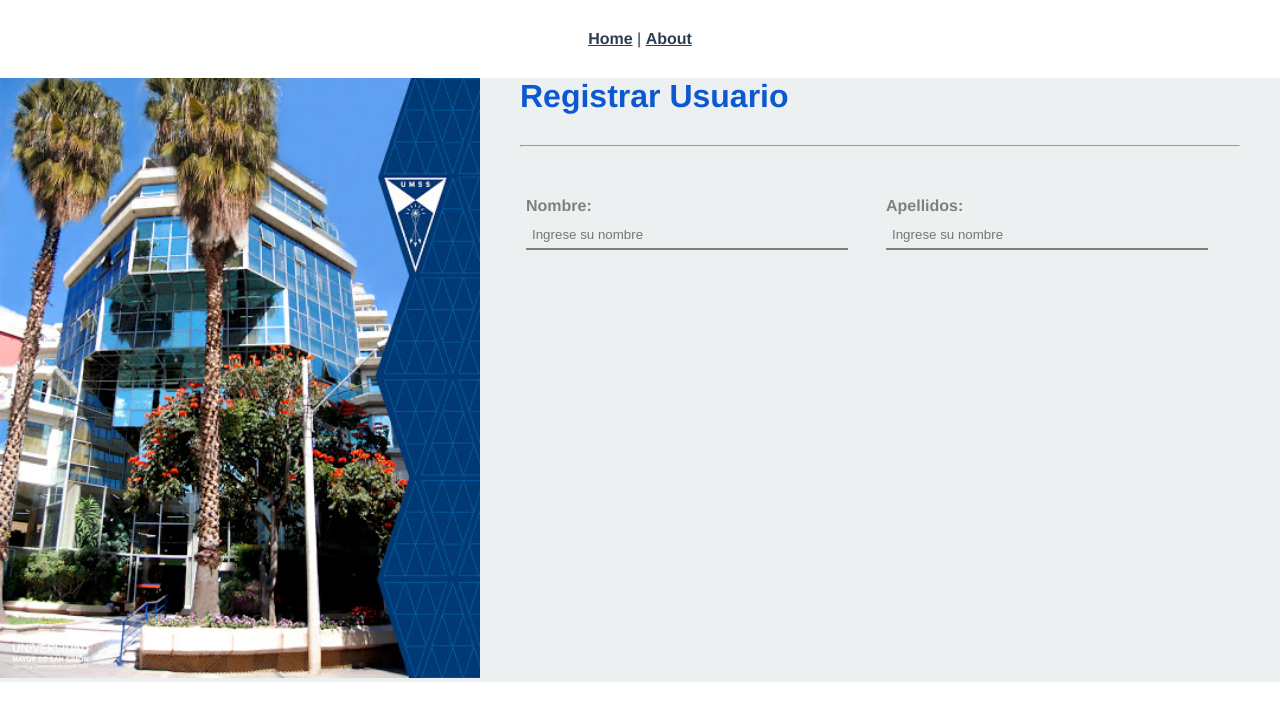
Repository: BritanyTorrico/front-cotizaciones
Page: /register
The author's editor kept a copy of each file at every save. The page is drawn from the files as they stood at one save, then again after a run of saves.
The browser window is 1280 px wide. The pictures show the whole page.
The project was rebuilt for these pictures with package versions that can differ from the ones it lists, and the page was loaded fresh each time. Also part of the build but not shown: vue.config.js, src/components/HelloWorld.vue, src/views/Home.vue.

Above is the page before, as saved 2021-04-21 18:13:34.

### src/App.vue
<template>
  <div id="app">
    <div id="nav">
      <router-link to="/">Home</router-link> |
      <router-link to="/about">About</router-link>
    </div>
    <router-view />
  </div>
</template>

<style>
* {
  padding: 0;
  margin: 0;
}
#app {
  font-family: Avenir, Helvetica, Arial, sans-serif;
  -webkit-font-smoothing: antialiased;
  -moz-osx-font-smoothing: grayscale;
  text-align: center;
  color: #2c3e50;
}

#nav {
  padding: 30px;
}

#nav a {
  font-weight: bold;
  color: #2c3e50;
}

#nav a.router-link-exact-active {
  color: #42b983;
}
</style>

### src/router/index.js
import Vue from "vue";
import VueRouter from "vue-router";
import Home from "../views/Home.vue";

Vue.use(VueRouter);

const routes = [{
        path: "/",
        name: "Home",
        component: Home,
    },
    {
        path: "/about",
        name: "About",
        // route level code-splitting
        // this generates a separate chunk (about.[hash].js) for this route
        // which is lazy-loaded when the route is visited.
        component: () =>
            import ( /* webpackChunkName: "about" */ "../views/About.vue"),
    },
    {
        path: "/register",
        name: "RegisterUserPage",
        component: () =>
            import ("../views/RegisterUserPage.vue"),
    },
];

const router = new VueRouter({
    mode: "history",
    base: process.env.BASE_URL,
    routes,
});

export default router;

### src/views/RegisterUserPage.vue
<template>
  <div>
    <register-user />
  </div>
</template>

<script>
import RegisterUser from "@/components/User/RegisterUser.vue";
export default {
  components: { RegisterUser },
  name: "RegisterUserPage",
};
</script>

<style lang="scss" scoped></style>

### src/components/User/RegisterUser.vue
<template>
  <div class="container">
    <form action="">
      <div class="flex-container">
        <div class="form__image">
          <img src="@/assets/edificioUMSS.jpg" alt="" />
        </div>

        <div class="form__datos">
          <div class="form_title">
            <h1>Registrar Usuario</h1>
            <hr class="form__linea" />
          </div>
          <div class="form__section">
            <div class="form__name">
              <label
                ><div class="formulario_label">Nombre:</div>
                <input
                  class="form__input"
                  type="text"
                  placeholder="Ingrese su nombre"
                  required
                />
              </label>
            </div>
            <div class="form__name">
              <label
                ><div class="formulario_label">Apellidos:</div>
                <input
                  class="form__input"
                  type="text"
                  placeholder="Ingrese su nombre"
                  required
                />
              </label>
            </div>
          </div>
        </div>
      </div>
    </form>
  </div>
</template>

<script>
export default {
  name: "RegisterUser",
};
</script>

<style lang="css" scoped>
.flex-container {
  display: flex;
  background-color: #ecf0f1;
}
.form__image {
  width: 40%;
}
.form__image img {
  width: 100%;
  height: 600px;
}

.form__datos {
  width: 60%;
  margin-left: 40px;
  margin-right: 40px;
}
.form_title {
  color: #0c59cf;
  text-align: left;
}
.form_title h1 {
  padding-bottom: 30px;
}
.form__linea {
  color: #0c59cf;
}
.form__input {
  width: 100%;
  padding: 6px;
  margin: 6px 6px;
  border: none;
  border-bottom: 2px solid gray;
  background-color: transparent;
  color: gray;
}
.form__section {
  margin-top: 50px;
  display: flex;
}
.formulario_label {
  padding-left: 6px;
  color: grey;
  text-align: left;
  font-weight: bold;
}
.form__name {
  width: 100%;
  padding-right: 50px;
}
</style>

Loaded but not shown: public/index.html (common file); src/main.js (common file); src/store/index.js (common file)

After the next 2 saves:
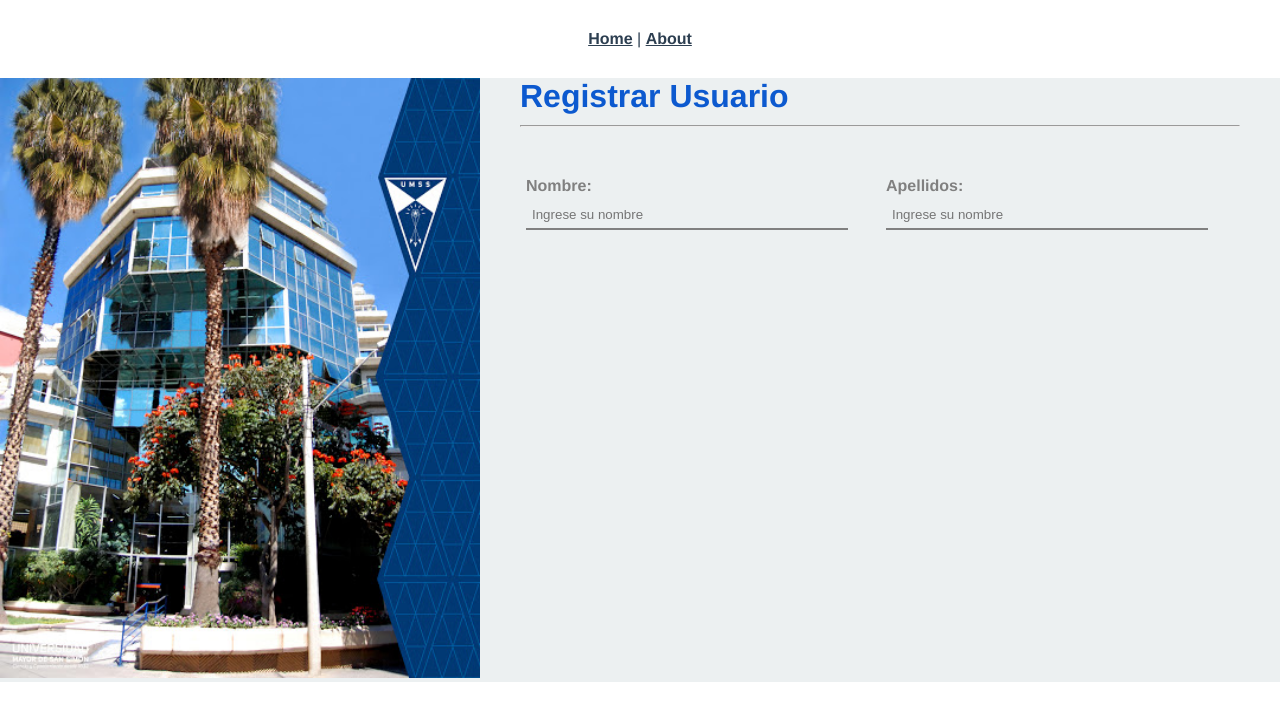
The 2 saves are shown as one change because they came seconds apart.
The last was saved 7 s later.
--- a/src/components/User/RegisterUser.vue
+++ b/src/components/User/RegisterUser.vue
@@ -70,7 +70,7 @@
   text-align: left;
 }
 .form_title h1 {
-  padding-bottom: 30px;
+  padding-bottom: 10px;
 }
 .form__linea {
   color: #0c59cf;
